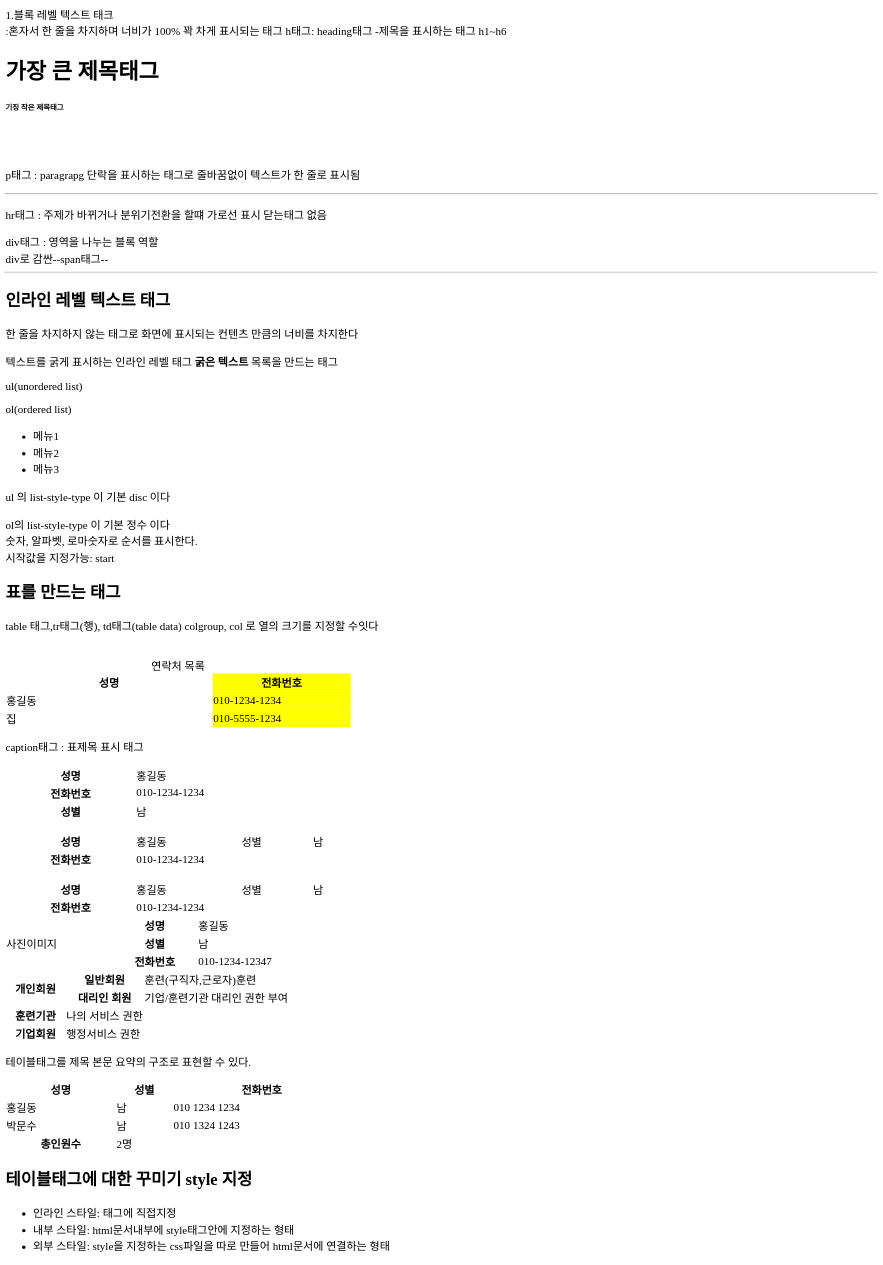
Repository: hana825/Web
Page: web/WebContent/index.html
The author's editor kept a copy of each file at every save. The page is drawn from the files as they stood at one save, then again after the next save.
The browser window is 1280 px wide. The pictures show the whole page, at 69% of full size.

Above is the page before, as saved 2022-03-17 07:54:39.

### web/WebContent/index.html
<!DOCTYPE html>
<html>
<head>
<meta charset="UTF-8">
<title>Insert title here</title>
	<style>
		table{width:500px;
		border-collapse: collapse;
		}
	</style>
</head>
<body>
1.블록 레벨 텍스트 태크<br>
:혼자서 한 줄을 차지하며 너비가 100% 꽉 차게 표시되는 태그

h태그: heading태그 -제목을 표시하는 태그 h1~h6
<h1>가장 큰 제목태그</h1>
<h6>기징 작은 제목태그</h6>
<br><br>
<p>
p태그 : paragrapg 단락을 표시하는 태그로
줄바꿈없이 텍스트가 한 줄로 표시됨
</p>
<hr>

<p>
hr태그 : 주제가 바뀌거나 분위기전환을 할떄 가로선 표시
닫는태그 없음
</p>
<div>
div태그 : 영역을 나누는 블록 역할
</div>

<div> div로 감싼<span>--span태그--</span>
</div>


<hr>

<h2>인라인 레벨 텍스트 태그</h2>
<p> 한 줄을 차지하지 않는 태그로 화면에 표시되는 컨텐츠 만큼의 너비를 차지한다
</p>
<!-- 실행에서 제외하고자 하는 코드는 주석처리 -->
텍스트를 굵게 표시하는 인라인 레벨 태그
<strong>굵은 텍스트
</strong>
목록을 만드는 태그
<p>ul(unordered list)</p>
<p>ol(ordered list)</p>
<ul>
	<li>메뉴1</li>
	<li>메뉴2</li>
	<li>메뉴3</li>
</ul>
<p>ul 의 list-style-type 이 기본 disc 이다</p>
<p>ol의 list-style-type 이 기본 정수 이다<br>
   숫자, 알파벳, 로마숫자로 순서를 표시한다.<br>
   시작값을 지정가능: start<br>
</p>

<h2>표를 만드는 태그</h2>
<p>table 태그,tr태그(행), td태그(table data)
colgroup, col 로 열의 크기를 지정할 수잇다
</p><br>

<table >
	<colgroup>
		<col style='width:150px'>
		<col style='width:100px; background-color:yellow'>
	</colgroup>
	<caption>연락처 목록</caption>
	<tr><th>성명</th><th>전화번호</th></tr>
	<tr><td>홍길동</td><td>010-1234-1234</td></tr>
	<tr><td>집</td><td>010-5555-1234</td></tr>
</table>

<p> caption태그 : 표제목 표시 태그
</p>

<table  >
	<tr><th>성명</th>
		<td>홍길동</td>
	</tr>
		<tr><th>전화번호</th>
		<td>010-1234-1234</td>
	</tr>
		<tr><th>성별</th>
		<td>남</td>
	</tr>
</table>
<br>
<table  >
	<tr><th>성명</th>
		<td>홍길동</td>
		<td>성별</td>
		<td>남</td>
	</tr>
		<tr><th>전화번호</th>
		<td colspan='3'>010-1234-1234</td>

</table>
<br>

<table  >
	<tr><th>성명</th>
		<td>홍길동</td>
		<td>성별</td>
		<td>남</td>
	</tr>
		<tr><th>전화번호</th>
		<td colspan='3'>010-1234-1234</td>

</table>

<table  >
	<tr><td rowspan ='3'>사진이미지</td>
		<th>성명</th>
		<td>홍길동</td>
	</tr>
	<tr>
		<th>성별</th>
		<td>남</td>
	</tr>
		<tr>
		<th>전화번호</th>
		<td>010-1234-12347</td>
	</tr>

</table>

<table  >
	<tr><th rowspan ='2'>개인회원</th>
		<th>일반회원</th>
		<td>훈련(구직자,근로자)훈련</td>
	</tr>
	<tr>
		<th>대리인 회원</th>
		<td>기업/훈련기관 대리인 권한 부여</td>
	</tr>
	<tr>
		<th>훈련기관</th>
		<td colspan='2'>나의 서비스 권한</td>
	</tr>
	<tr>
		<th>기업회원</th>
		<td colspan='2'>행정서비스 권한</td>
	</tr>


</table>
<p>
테이블태그를 제목 본문 요약의 구조로 표현할 수 있다.
</p>
<table >
	<thead>
		<tr>
			<th>성명</th>
			<th>성별</th>
			<th>전화번호</th>
		</tr>
	</thead>
	<tbody>
		<tr>
			<td>홍길동</td>
			<td>남</td>
			<td>010 1234 1234</td>
		</tr>
		<tr>
			<td>박문수</td>
			<td>남</td>
			<td>010 1324 1243</td>
		</tr>
	</tbody>
	<tfoot>
		<tr>
			<th>총인원수</th>
			<td colspan='2'>2명</td>
		</tr>
	</tfoot>
</table>

<h2>테이블태그에 대한 꾸미기 style 지정</h2>
<ul>
	<li>인라인 스타일: 태그에 직접지정</li>
	<li>내부 스타일: html문서내부에 style태그안에 지정하는 형태</li>
	<li>외부 스타일: style을 지정하는 css파일을 따로 만들어 html문서에 연결하는 형태</li>
</ul>












</body>
</html>

After the next save:
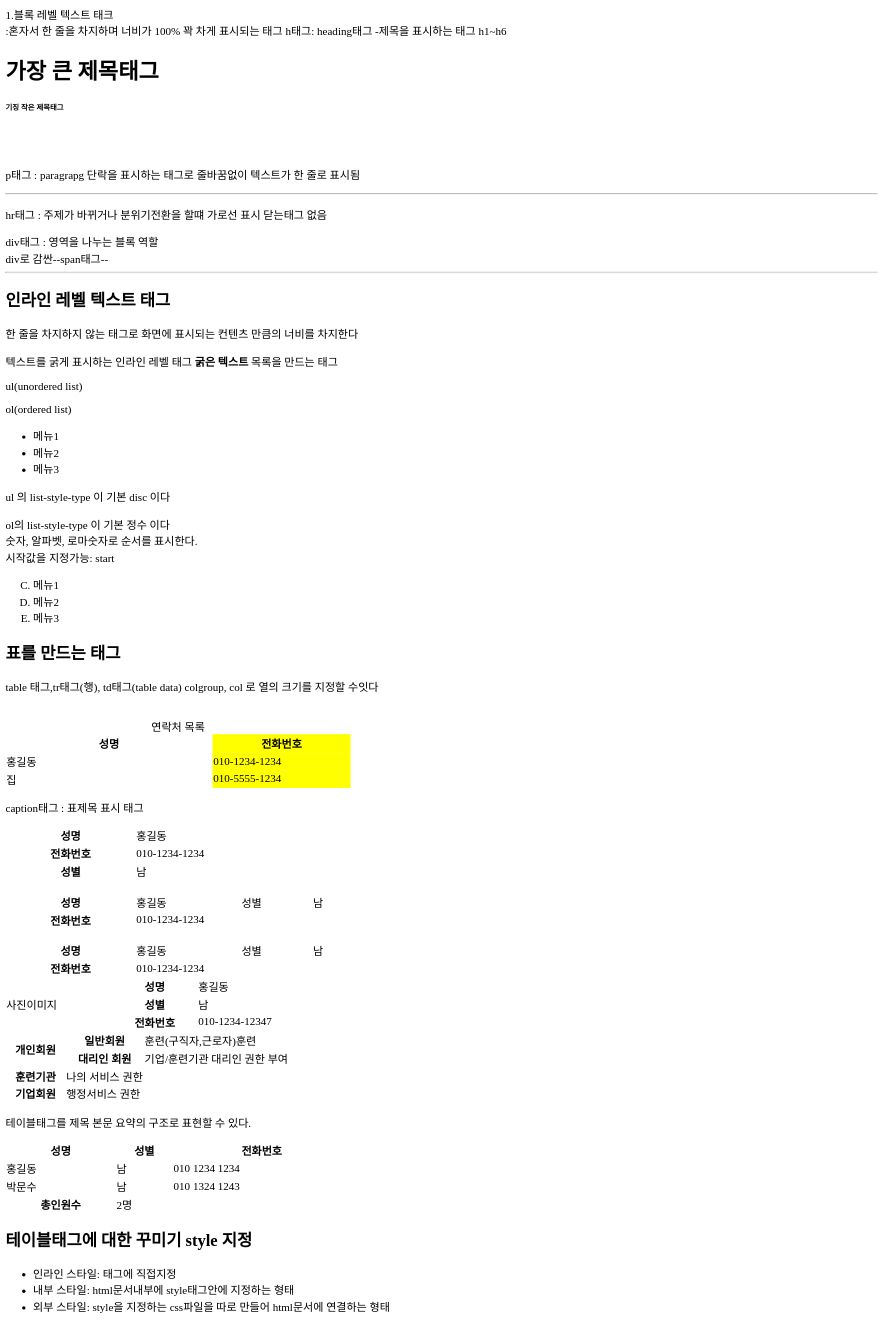
Saved 23 s later.
--- a/web/WebContent/index.html
+++ b/web/WebContent/index.html
@@ -58,6 +58,12 @@ div태그 : 영역을 나누는 블록 역할
    시작값을 지정가능: start<br>
 </p>
 
+<ol start='3' type="A">
+	<li>메뉴1</li>
+	<li>메뉴2</li>
+	<li>메뉴3</li>
+</ol>
+
 <h2>표를 만드는 태그</h2>
 <p>table 태그,tr태그(행), td태그(table data)
 colgroup, col 로 열의 크기를 지정할 수잇다
